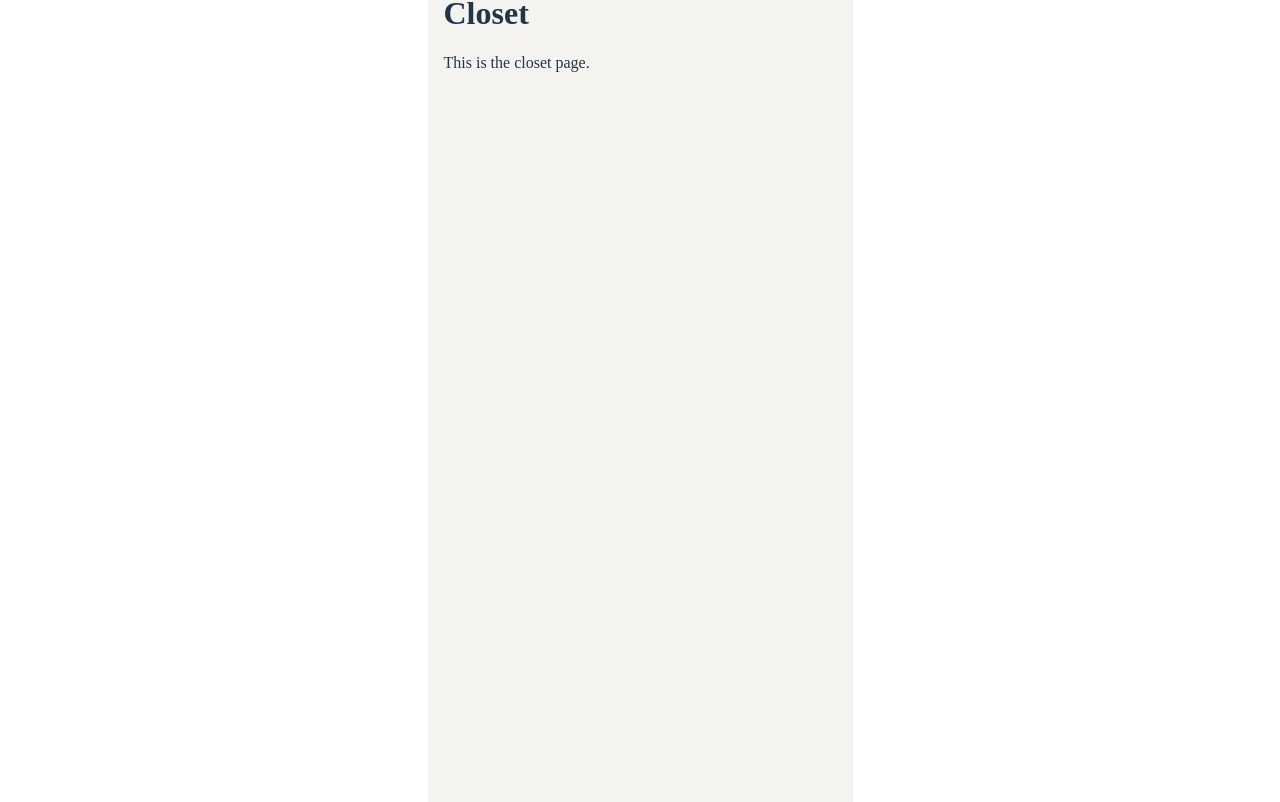
Repository: Strawb3rryjam/app-slotion
Page: /closet
These files come from the project's save history. The page is drawn as it stood at one moment and after the next save; the edit follows.
The browser window is 1280 px wide. The pictures show the whole page.
The project was rebuilt for these pictures with package versions that can differ from the ones it lists, and the page was loaded fresh each time. Also part of the build but not shown: vite.config.js, src/App.css, src/css/NavBar.module.css. Imported but missing from the stored project, and not drawn on this page: src/pages/Home.

Above is the page before, as saved 2025-05-05 09:03:01.

### src/main.jsx
import { StrictMode } from 'react'
import { createRoot } from 'react-dom/client'
import './index.css'

import { BrowserRouter } from 'react-router-dom'
import App from './App.jsx'

createRoot(document.getElementById('root')).render(
  <StrictMode>
    <BrowserRouter>
      <App />
    </BrowserRouter>
  </StrictMode>
)

### src/index.css
:root {
  color: rgba(255, 255, 255, 0.87);
}

body{
  width: 393px;
  min-height: 852px;
  padding: 16px;
  margin: 0 auto;
  background-color: #F5F3EF;
}


html {
  height: 100%;
  display: flex;
  align-items: center;       /* vertical center */
  justify-content: center;   /* horizontal center */
  background-color: #DADADA; /* this is the background around your app */
}


@media (prefers-color-scheme: light) {
  :root {
    color: #213547;
    background-color: #ffffff;
  }
  a:hover {
    color: #747bff;
  }
  button {
    background-color: #f9f9f9;
  }
}

### src/App.jsx
import './App.css'
import Home from './pages/Home'
import Closet from './pages/Closet'
import {Routes, Route} from 'react-router-dom'
import NavBar from './components/NavBar'


function App() {
  return (
    <div>
      <NavBar />
      <main className = "main-content">
        <Routes>
          <Route path = "/" element = {<Home />} />
          <Route path = "/closet" element = {<Closet />} />
        </Routes>
      </main>
    </div>

  )
}

export default App

### src/pages/Closet.jsx

function Closet() {
  return (
    <div>
      <h1>Closet</h1>
      <p>This is the closet page.</p>
    </div>
  );
}

export default Closet;

### src/components/NavBar.jsx
import { Link } from "react-router-dom";
import styles from "../css/NavBar.module.css";  // Use this to import styles

/*images*/
import homeIcon from "../assets/Home.svg";
import searchIcon from "../assets/search.svg";
import closetIcon from "../assets/Hanger.svg";
import tipsIcon from "../assets/leaf.svg";
import profileIcon from "../assets/Profile.svg";



function NavBar() {
    return (
        <nav className="navbar">
            <div className="navbar-links">
                <Link to="/" className="Home">
                    <img src={homeIcon} alt="Home" className="nav-icon" />
                </Link>
                <Link to="/Search" className="Search">
                    <img src={searchIcon} alt="Search" className="nav-icon" />
                </Link>
                <Link to="/Closet">
                    <img src={closetIcon} alt="Closet" className="nav-icon" />
                </Link>
                <Link to="/Tips">
                    <img src={tipsIcon} alt="Tips" className="nav-icon" />
                </Link>
                <Link to="/Profile">
                    <img src={profileIcon} alt="Profile" className="nav-icon" />
                </Link>
            </div>
        </nav>
    );
}

export default NavBar;

Loaded but not shown: index.html (common file)

After the next save:
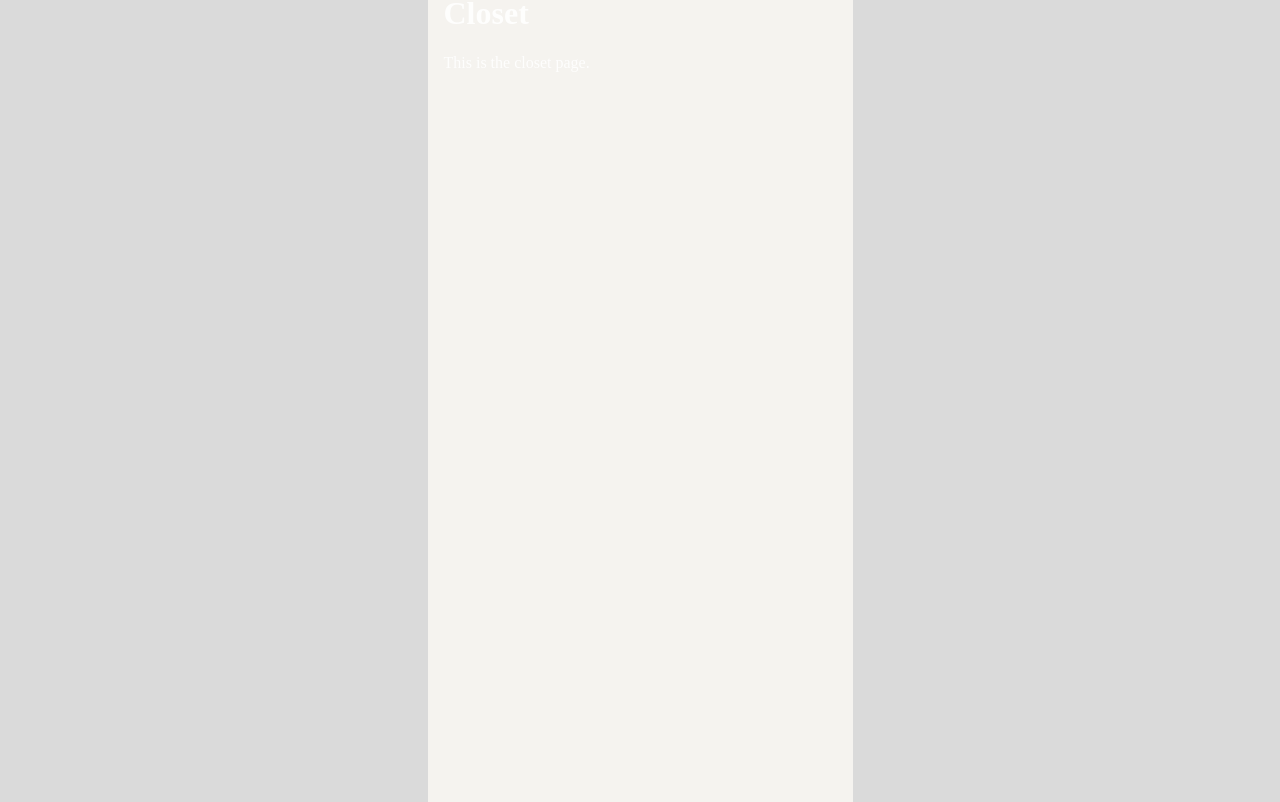
Saved 16 s later.
--- a/src/index.css
+++ b/src/index.css
@@ -18,17 +18,3 @@ html {
   justify-content: center;   /* horizontal center */
   background-color: #DADADA; /* this is the background around your app */
 }
-
-
-@media (prefers-color-scheme: light) {
-  :root {
-    color: #213547;
-    background-color: #ffffff;
-  }
-  a:hover {
-    color: #747bff;
-  }
-  button {
-    background-color: #f9f9f9;
-  }
-}
